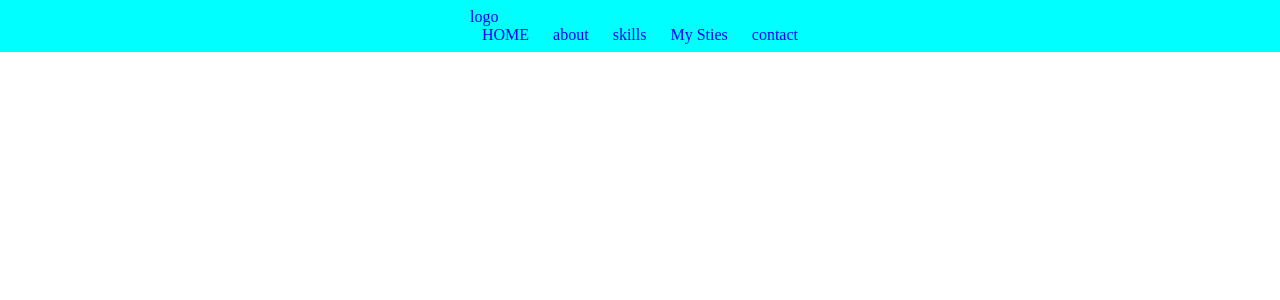
Repository: jun01270/jun
Page: index.html
The author's editor kept a copy of each file at every save. The page is drawn from the files as they stood at one save, then again after the next save.
The browser window is 1280 px wide. The pictures show the whole page.

Above is the page before, as saved 2023-05-08 15:30:44.

After the next save:
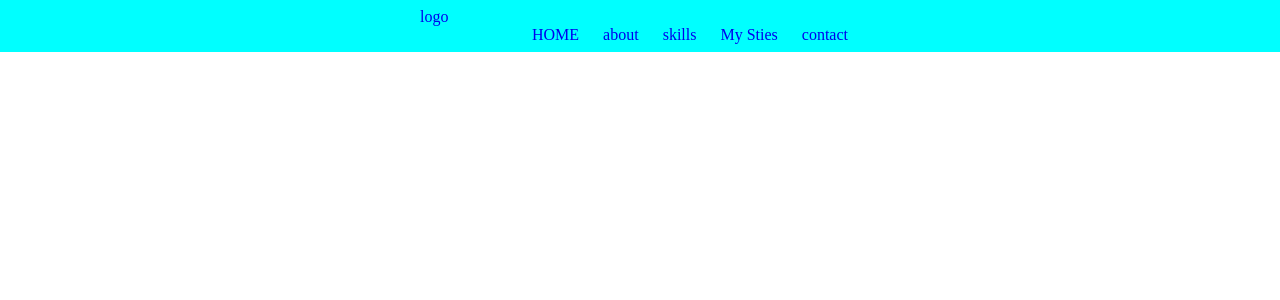
Saved 28 s later.
--- a/main.css
+++ b/main.css
@@ -30,6 +30,7 @@ html{
 .menu-bar{
     display: flex;
     list-style: none;
+    padding-left:100px
 }
 
 .menu-btn{
